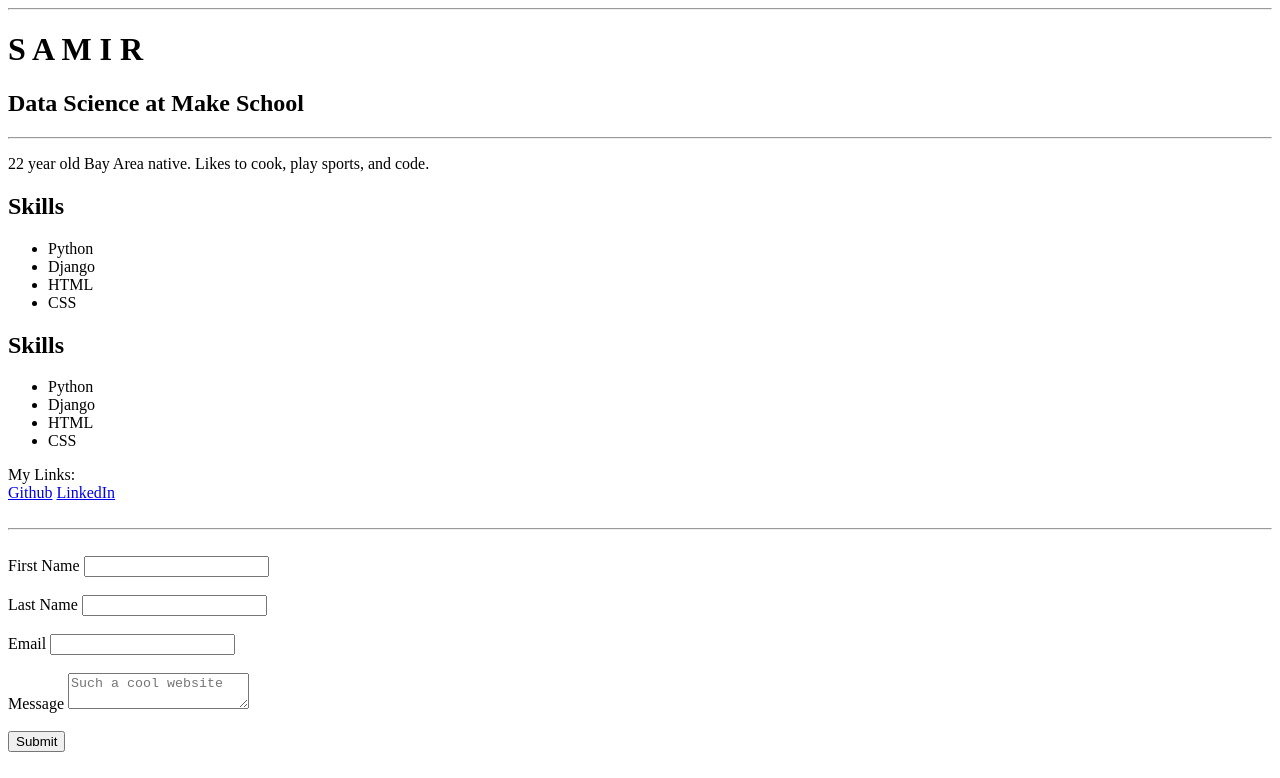
Repository: SamirIngley/html-semantic
Page: index.html
The author's editor kept a copy of each file at every save. The page is drawn from the files as they stood at one save, then again after the next save.
The browser window is 1280 px wide. The pictures show the whole page.

Above is the page before, as saved 2020-01-23 11:01:07.

### index.html
<!-- Name and Tag Line
List of your skills
About you section
Short but not too short. Tells us what you want us to know about you.
Can include your education and other experience
Include a picture (mark this up with the figure tag)
Online presence, include links to:
LinkedIn
GitHub
Other social media Instagram, FB, etc.'  -->

<!--
article, section
nav, main
footer, header *
h1-6, hgroup
ul, li -->

<!--
<header> - Defines a header for a document or a section
<nav> - Defines a container for navigation links
<section> - Defines a section in a document
<article> - Defines an independent self-contained article
<aside> - Defines content aside from the content (like a sidebar)
<footer> - Defines a footer for a document or a section
<details> - Defines additional details
<summary> - Defines a heading for the <details> element

header -> navbar, main, footer-->


<!DOCTYPE html>
<html>
    <head>
        <title>Samir</title>
    </head>
    <body>
        <header>


        </header>

        <main>

        </main>

        <hr>
        <h1>S A M I R</h1>
        <h2><b>Data Science</b> at Make School</h2>
        <hr>

        <article>
            <p>
            22 year old Bay Area native.

            Likes to cook, play sports, and code.

            </p>
        </article>

        <article>
            <h2>Skills</h2>
            <ul>
                <li>Python</li>
                <li>Django</li>
                <li>HTML</li>
                <li>CSS</li>
            </ul>
        </article>

        <article>
            <h2>Skills</h2>
            <ul>
                <li>Python</li>
                <li>Django</li>
                <li>HTML</li>
                <li>CSS</li>
            </ul>
        </article>

        <p>

        </p>
        <footer>
            My Links:
            <br>
            <a href="https://github.com/SamirIngley">Github</a>
            <a href="https://www.linkedin.com/in/samiringle/">LinkedIn</a>
        </footer>

        <br>
        <hr>
        <br>

        <form action="process.php" method="POST">
            <div>
                <label>First Name</label>
                <input type="text" name="firstName">
            </div>
            <br>
            <div>
                <label>Last Name</label>
                <input type="text" name="lastName">
            </div>
            <br>
            <div>
                <label>Email</label>
                <input type="email" name="email">
            </div>
            <br>
            <div>
                <label>Message</label>
                <textarea name="message" placeholder="Such a cool website"></textarea>
            </div>
            <br>
                <input type="submit" name="submit" value="Submit">
        </form>
        <br>

    </body>
</html>

After the next save:
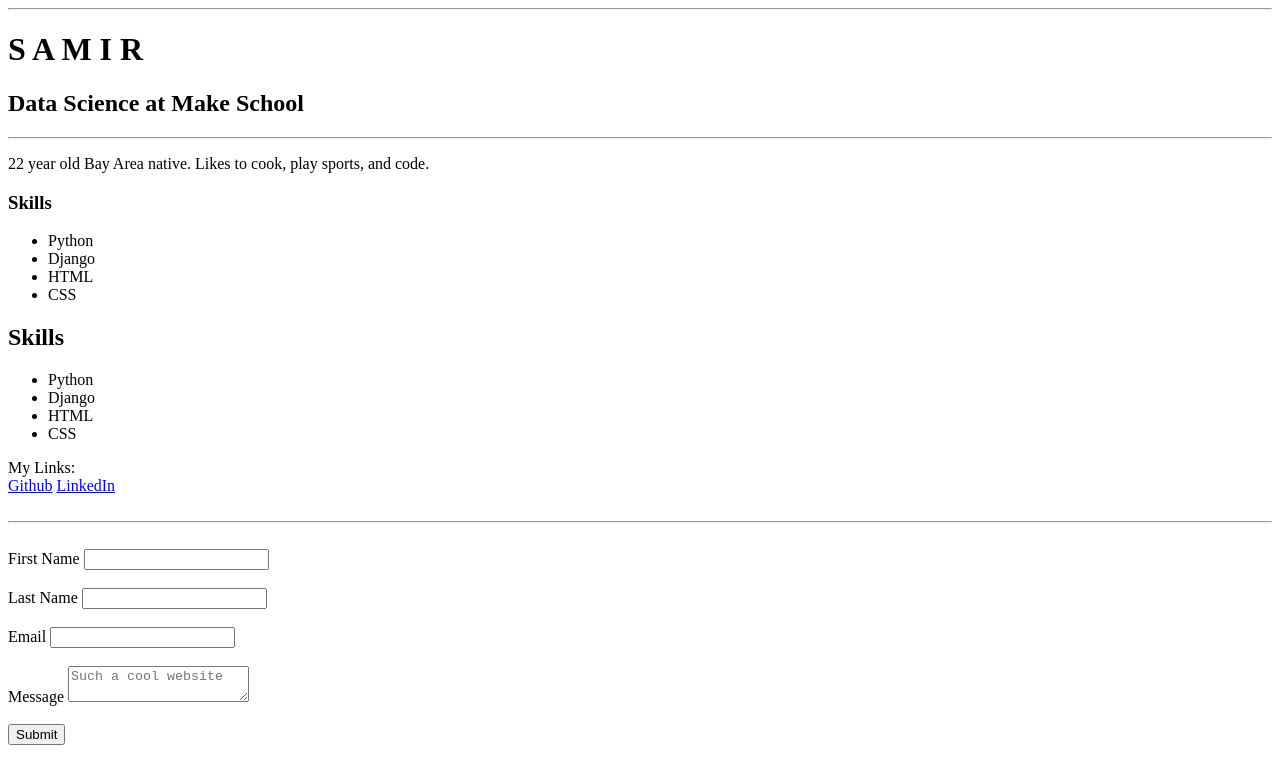
Saved 12 s later.
--- a/index.html
+++ b/index.html
@@ -46,6 +46,7 @@ header -> navbar, main, footer-->
 
         <hr>
         <h1>S A M I R</h1>
+
         <h2><b>Data Science</b> at Make School</h2>
         <hr>
 
@@ -59,7 +60,7 @@ header -> navbar, main, footer-->
         </article>
 
         <article>
-            <h2>Skills</h2>
+            <h3>Skills</h3>
             <ul>
                 <li>Python</li>
                 <li>Django</li>
